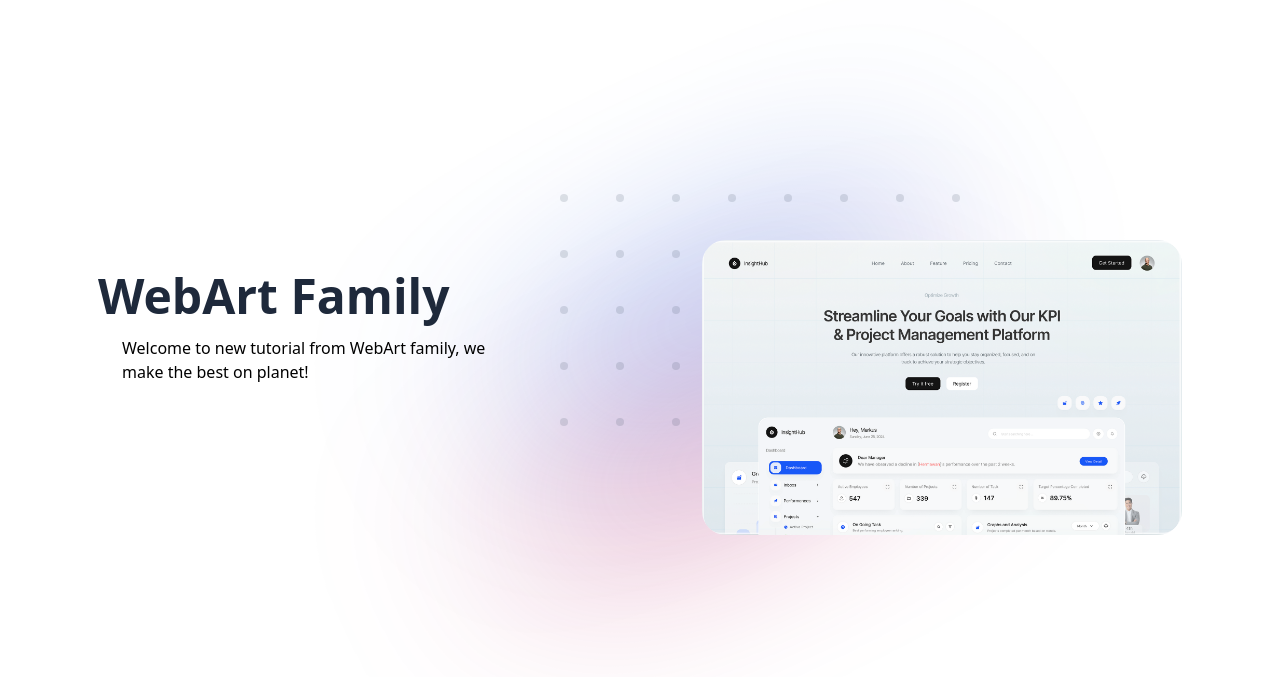
Repository: 30namp/youtube-web-art-code
Page: stunning landing page 1/index.html
These files come from the project's save history. The page is drawn as it stood at one moment and after the next save; the edit follows.
The browser window is 1280 px wide. The pictures show the whole page.

Above is the page before, as saved 2024-09-26 21:02:54.
Not found: stunning landing page 1/logo.jpg

### stunning landing page 1/index.html
<!DOCTYPE html>
<html lang="en">
  <head>
    <meta charset="UTF-8" />
    <meta name="viewport" content="width=device-width, initial-scale=1.0" />
    <title>WebArt Design</title>
    <script src="./tailwindcss.min.js"></script>
  </head>
  <body class="min-h-screen">
    <div
      class="absolute right-[25%] top-[60%] h-12 w-[30rem] rounded-[100%] rotate-[-25deg] bg-pink-700 blur-[6rem]"
    ></div>
    <div
      class="absolute right-[25%] top-[40%] h-12 w-[30rem] rounded-[100%] rotate-[-25deg] bg-blue-700 blur-[6rem]"
    ></div>
    <div
      class="grid grid-cols-8 gap-12 absolute right-[25%] top-[27%] animate-pulse"
    >
      <div class="rounded-full bg-slate-700/30 size-2 shadow-lg"></div>
      <div class="rounded-full bg-slate-700/30 size-2 shadow-lg"></div>
      <div class="rounded-full bg-slate-700/30 size-2 shadow-lg"></div>
      <div class="rounded-full bg-slate-700/30 size-2 shadow-lg"></div>
      <div class="rounded-full bg-slate-700/30 size-2 shadow-lg"></div>
      <div class="rounded-full bg-slate-700/30 size-2 shadow-lg"></div>
      <div class="rounded-full bg-slate-700/30 size-2 shadow-lg"></div>
      <div class="rounded-full bg-slate-700/30 size-2 shadow-lg"></div>
      <div class="rounded-full bg-slate-700/30 size-2 shadow-lg"></div>
      <div class="rounded-full bg-slate-700/30 size-2 shadow-lg"></div>
      <div class="rounded-full bg-slate-700/30 size-2 shadow-lg"></div>
      <div class="rounded-full bg-slate-700/30 size-2 shadow-lg"></div>
      <div class="rounded-full bg-slate-700/30 size-2 shadow-lg"></div>
      <div class="rounded-full bg-slate-700/30 size-2 shadow-lg"></div>
      <div class="rounded-full bg-slate-700/30 size-2 shadow-lg"></div>
      <div class="rounded-full bg-slate-700/30 size-2 shadow-lg"></div>
      <div class="rounded-full bg-slate-700/30 size-2 shadow-lg"></div>
      <div class="rounded-full bg-slate-700/30 size-2 shadow-lg"></div>
      <div class="rounded-full bg-slate-700/30 size-2 shadow-lg"></div>
      <div class="rounded-full bg-slate-700/30 size-2 shadow-lg"></div>
      <div class="rounded-full bg-slate-700/30 size-2 shadow-lg"></div>
      <div class="rounded-full bg-slate-700/30 size-2 shadow-lg"></div>
      <div class="rounded-full bg-slate-700/30 size-2 shadow-lg"></div>
      <div class="rounded-full bg-slate-700/30 size-2 shadow-lg"></div>
      <div class="rounded-full bg-slate-700/30 size-2 shadow-lg"></div>
      <div class="rounded-full bg-slate-700/30 size-2 shadow-lg"></div>
      <div class="rounded-full bg-slate-700/30 size-2 shadow-lg"></div>
      <div class="rounded-full bg-slate-700/30 size-2 shadow-lg"></div>
      <div class="rounded-full bg-slate-700/30 size-2 shadow-lg"></div>
      <div class="rounded-full bg-slate-700/30 size-2 shadow-lg"></div>
      <div class="rounded-full bg-slate-700/30 size-2 shadow-lg"></div>
      <div class="rounded-full bg-slate-700/30 size-2 shadow-lg"></div>
      <div class="rounded-full bg-slate-700/30 size-2 shadow-lg"></div>
      <div class="rounded-full bg-slate-700/30 size-2 shadow-lg"></div>
      <div class="rounded-full bg-slate-700/30 size-2 shadow-lg"></div>
      <div class="rounded-full bg-slate-700/30 size-2 shadow-lg"></div>
      <div class="rounded-full bg-slate-700/30 size-2 shadow-lg"></div>
      <div class="rounded-full bg-slate-700/30 size-2 shadow-lg"></div>
      <div class="rounded-full bg-slate-700/30 size-2 shadow-lg"></div>
      <div class="rounded-full bg-slate-700/30 size-2 shadow-lg"></div>
    </div>

    <nav
      class="absolute top-0 left-0 right-0 flex justify-between items-center"
    >
      <img src="./logo.jpg" alt="" />
    </nav>
    <div class="hero-section relative pt-60 flex justify-around items-start">
      <div class="content flex flex-col gap-4 pt-8">
        <h1 class="text-5xl font-bold text-slate-800">WebArt Family</h1>
        <div class="description ml-6 w-96">
          Welcome to new tutorial from WebArt family, we make the best on
          planet!
        </div>
      </div>
      <img class="w-[30rem] rounded-3xl" src="./img.png" alt="" />
    </div>
  </body>
</html>

Loaded but not shown: stunning landing page 1/tailwindcss.min.js (library)

After the next save:
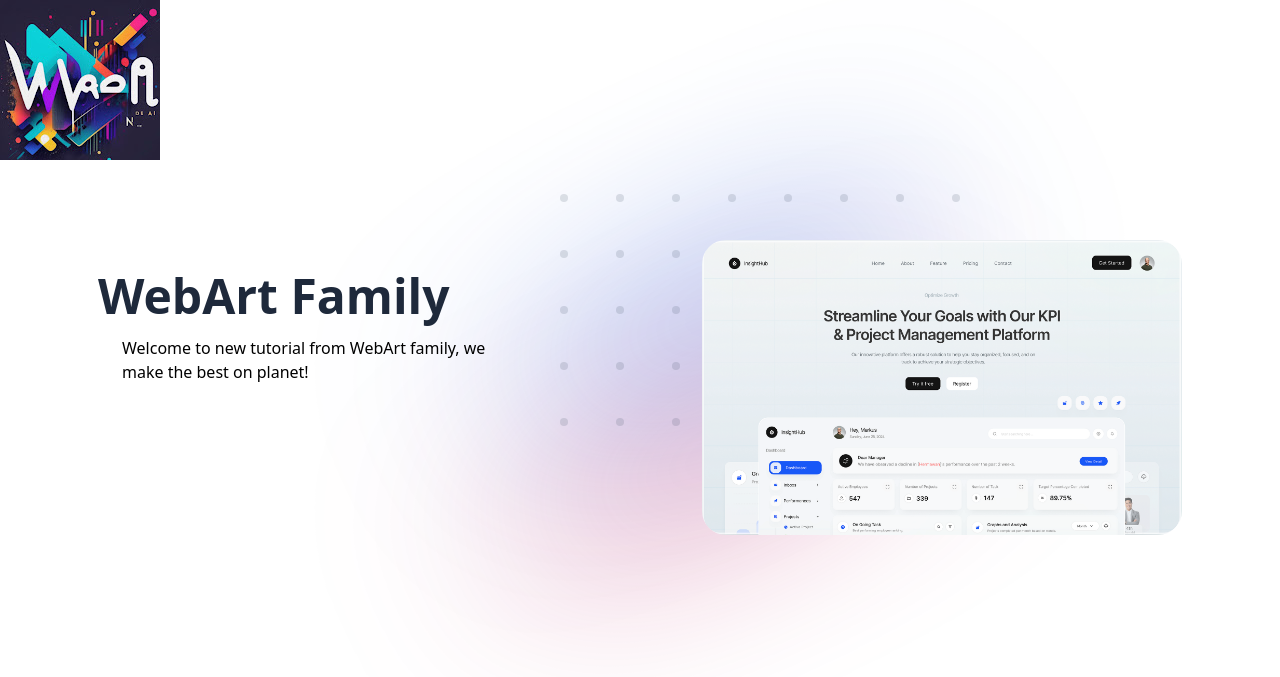
Saved 36 s later.
--- a/stunning landing page 1/index.html
+++ b/stunning landing page 1/index.html
@@ -61,7 +61,7 @@
     <nav
       class="absolute top-0 left-0 right-0 flex justify-between items-center"
     >
-      <img src="./logo.jpg" alt="" />
+      <img src="./assets/img/logo.jpg" alt="" />
     </nav>
     <div class="hero-section relative pt-60 flex justify-around items-start">
       <div class="content flex flex-col gap-4 pt-8">
